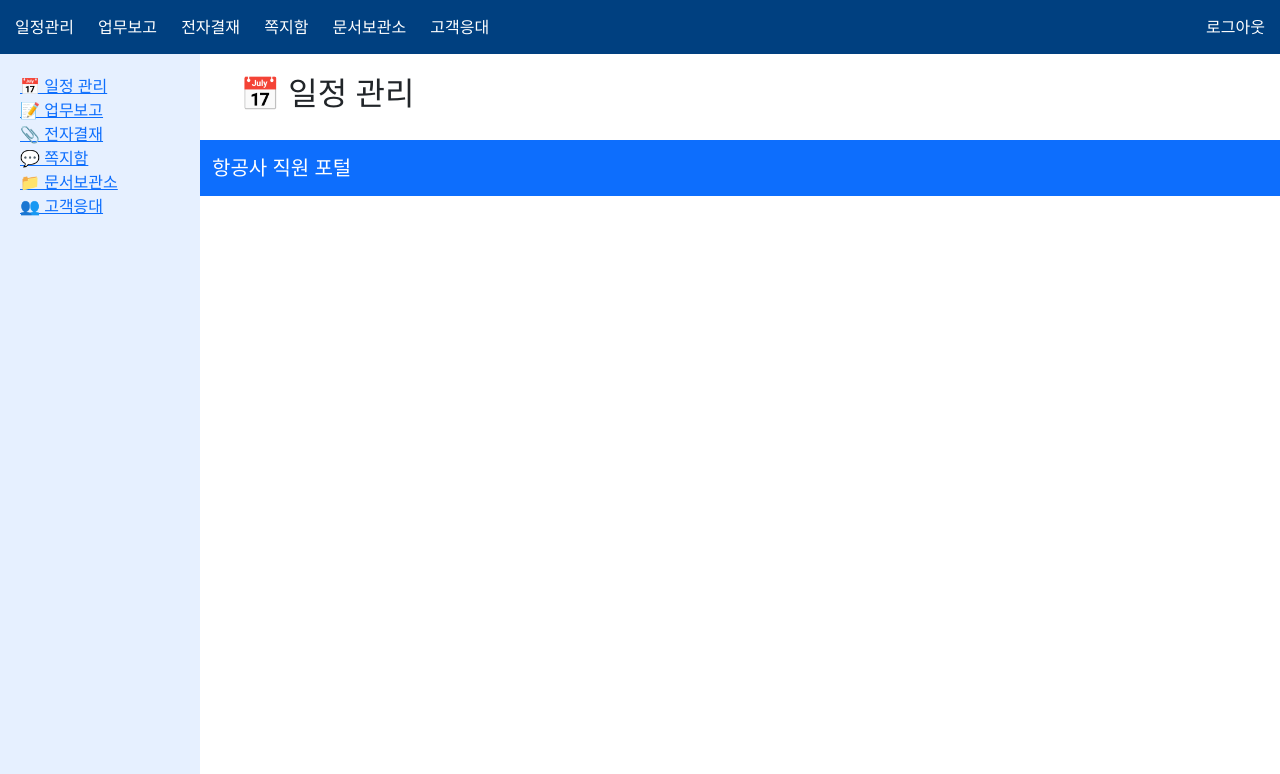
Repository: yu1na/Project404
Page: http://localhost/Project404_yuna/WEB-INF/views/calendar/calendar.jsp
An editor plug-in stored every save of this project. The page is shown before and after the next save, followed by the edit.
The browser window is 1280 px wide. The pictures show the whole page.
The page is served by Tomcat 9. Nobody is signed in. The template is opened directly, without the code that normally fills it, so the values that code supplies are empty.

Above is the page before, as saved 2025-07-15 15:53:52.

After the next save:
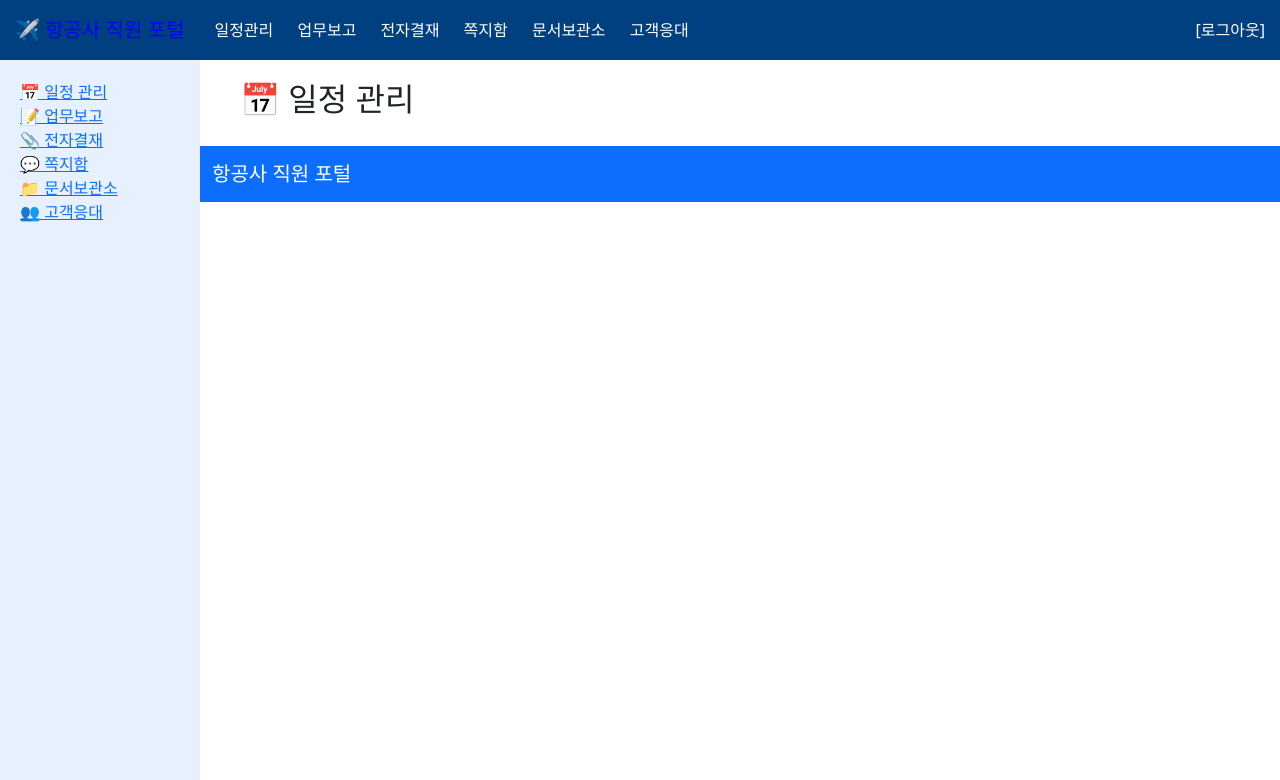
Saved 68 s later.
--- a/Project404_yuna/src/main/webapp/WEB-INF/views/top.jsp
+++ b/Project404_yuna/src/main/webapp/WEB-INF/views/top.jsp
@@ -23,6 +23,10 @@
 	</head>
 	<body>
 		<div style="background-color: #004080; color: white; padding: 15px; display: flex; align-items: center;">
+			<a href="/" class="no-underline portal-title">
+			  <span style="font-size: 20px;">✈ 항공사 직원 포털</span>
+			</a>
+
 		  	<nav class="flex text-base font-medium" style="flex-grow: 1; justify-content: flex-end;">
 			  <a href="/calendar" class="hover:text-blue-600 no-underline menu-item" style="color: white;">일정관리</a>
 			  <a href="/report/list" class="hover:text-blue-600 no-underline menu-item" style="color: white;">업무보고</a>
@@ -31,7 +35,7 @@
 			  <a href="/docs/list" class="hover:text-blue-600 no-underline menu-item" style="color: white;">문서보관소</a>
 			  <a href="/qna/list" class="hover:text-blue-600 no-underline menu-item" style="color: white;">고객응대</a>
 			</nav>
-			<span style="float: right;">로그아웃</span>
+			<span style="float: right;">[로그아웃]</span>
 		</div>
 	</body>
 </html>
